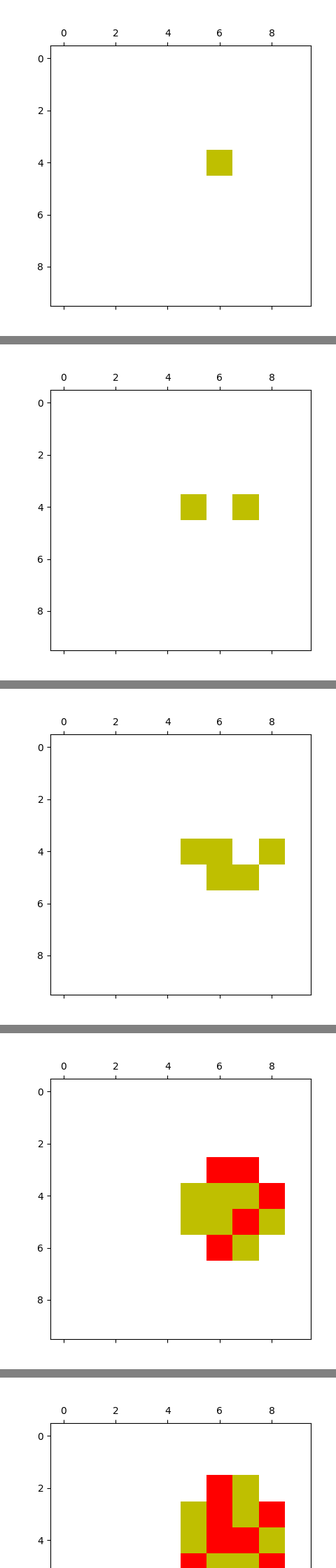
Repository: eduardodut/Trabalho_final_estatistica_cd
Script's output: python src/Simulador.py
These files come from the project's save history. The script's output is drawn as it stood at one moment and after the next save; the edit follows.
The pictures show rows 0 to 2240 of an output 3924 px tall, at 70% of full size.
Each picture stacks the figures in order, with grey between them; figures that are only written to a file come last. The script is stopped after its 8th figure. Random numbers start from a fixed seed.

Above is the script's output before, as saved 2020-07-10 23:30:07.

After the next save:
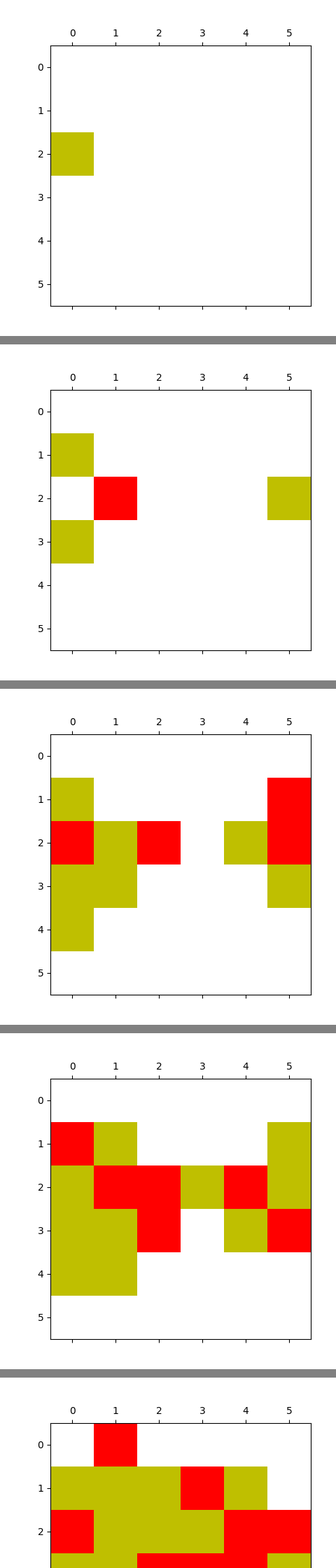
Saved 103 s later.
--- a/src/Simulador.py
+++ b/src/Simulador.py
@@ -303,7 +303,7 @@ percentual_inicial_tipo2 = 0.00
 
 
 sim = Simulador(
-    10,
+    6,
     percentual_inicial_tipo1,
     percentual_inicial_tipo2,
     chance_infeccao,
